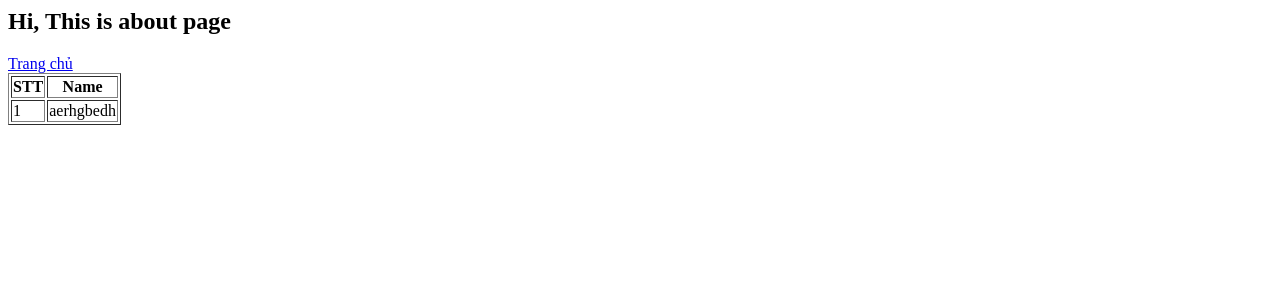
Repository: Tranghii/HTML-CSS
Page: HTML&CSS/about.html
An editor plug-in stored every save of this project. The page is shown before and after a run of saves, followed by the edit.
The browser window is 1280 px wide. The pictures show the whole page.

Above is the page before, as saved 2025-10-11 16:37:38.

After the next 6 saves:
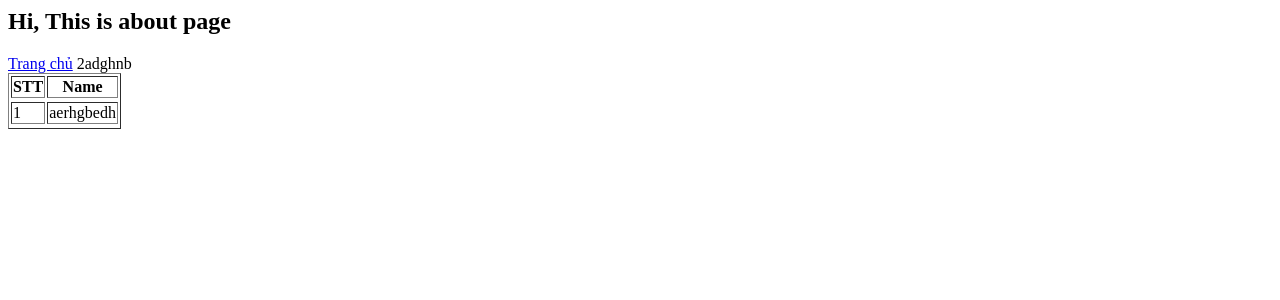
The 6 saves are shown as one change because they came seconds apart.
The last was saved 28 s later.
--- a/HTML&CSS/about.html
+++ b/HTML&CSS/about.html
@@ -3,19 +3,19 @@
 
 <table border="1">
         <tr>
-        <!-- <thead> -->
+    <thead>
             <th>STT</th>
             <th>Name</th>
-    <!-- </thead> -->
+    </thead>
         </tr>
-        <!-- <tbody> -->
+    <tbody>
         <tr>
             <td>1</td>
             <td>aerhgbedh</td>
         </tr>
-        <!-- <tr>
+        <tr>
             <tb>2</tb>
             <tb>adghnb</tb>
-        </tr> -->
-    <!-- </tbody> -->
+        </tr>
+    </tbody>
 </table>
